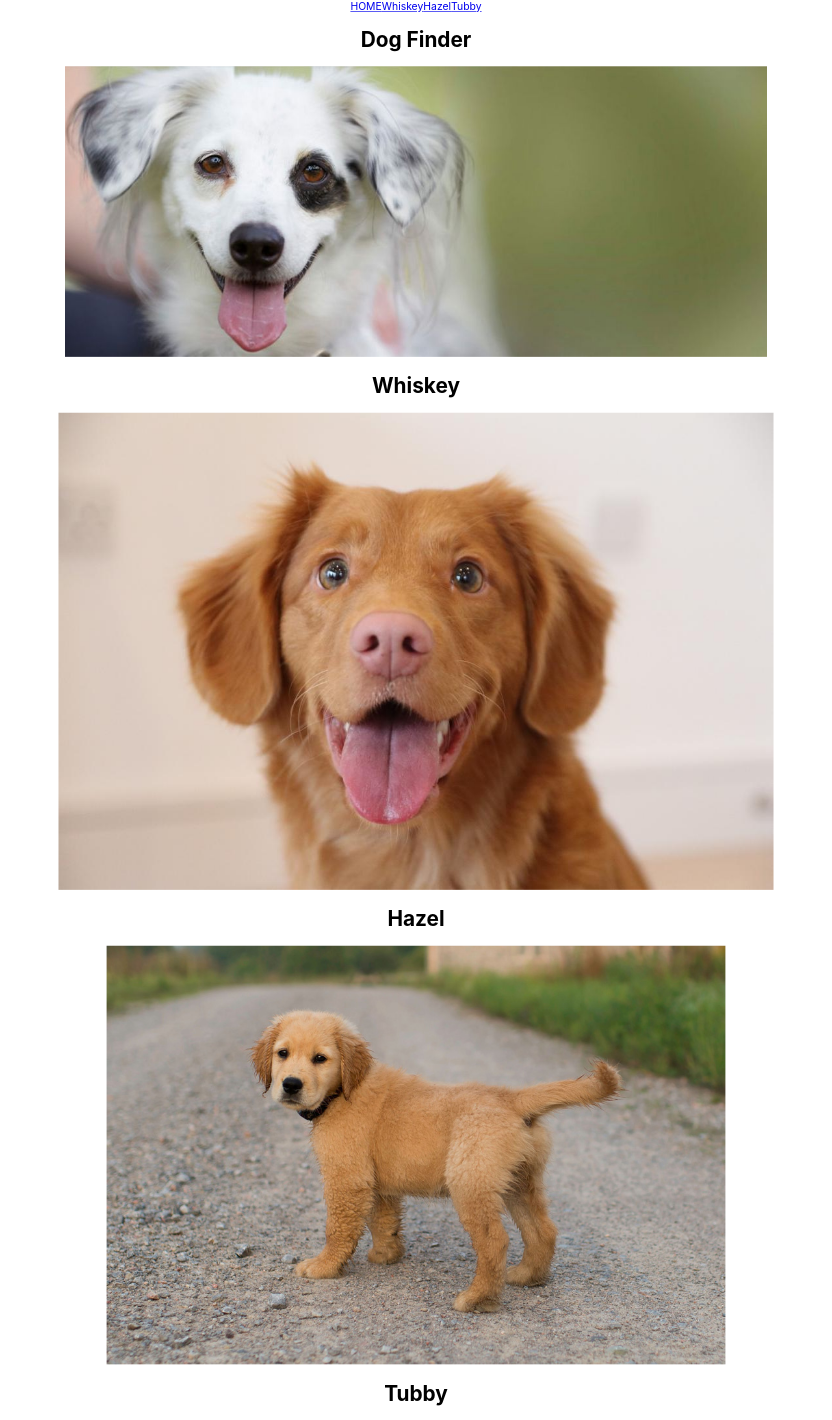
Repository: johnmutina/dog-finder
Page: /dogs
An editor plug-in stored every save of this project. The page is shown before and after a run of saves, followed by the edit.
The browser window is 1280 px wide. The pictures show the whole page, at 65% of full size.
The project was rebuilt for these pictures with package versions that can differ from the ones it lists, and the page was loaded fresh each time.

Above is the page before, as saved 2019-07-28 12:23:24.

### src/App.js
import React, { Component } from "react";
import { Switch, Route, NavLink } from "react-router-dom";
import DogFinder from "./DogFinder";
import Dog from "./Dog";
import "./App.css";

// Import all images in image folder
function importAll(r) {
  let images = {};
  r.keys().map((item, index) => {
    images[item.replace("./", "")] = r(item);
  });
  return images;
}

const images = importAll(
  require.context("./assets", false, /\.(gif|jpe?g|svg)$/)
);

class App extends Component {
  static defaultProps = {
    dogs: [
      {
        name: "Whiskey",
        age: 5,
        src: images["whiskey.jpg"],
        facts: [
          "Whiskey loves eating popcorn.",
          "Whiskey is a terrible guard dog.",
          "Whiskey wants to cuddle with you!"
        ]
      },
      {
        name: "Hazel",
        age: 3,
        src: images["hazel.jpg"],
        facts: [
          "Hazel has soooo much energy!",
          "Hazel is highly intelligent.",
          "Hazel loves people more than dogs."
        ]
      },
      {
        name: "Tubby",
        age: 4,
        src: images["tubby.jpg"],
        facts: [
          "Tubby is not the brightest dog",
          "Tubby does not like walks or exercise.",
          "Tubby loves eating food."
        ]
      }
    ]
  };

  render() {
    return (
      <div className="App">
        {/* NAVBAR */}
        <div className="App-navbar">
          <NavLink to="/dogs" activeClassName="App-active-navlink">
            HOME
          </NavLink>
          {this.props.dogs.map(dog => (
            <NavLink
              key={dog.name}
              to={`/dogs/${dog.name}`}
              activeClassName="App-active-navlink"
            >
              {dog.name}
            </NavLink>
          ))}
        </div>

        {/* ROUTES SETUP */}
        <h1>Dog Finder</h1>
        <Switch>
          <Route
            exact
            path="/dogs"
            render={routeProps => (
              <DogFinder dogs={this.props.dogs} {...routeProps} />
            )}
          />
          <Route
            exact
            path="/dogs/:name"
            render={routeProps => <Dog {...routeProps} />}
          />
          <Route component={DogFinder} />
        </Switch>
      </div>
    );
  }
}

export default App;

### src/DogFinder.js
import React, { Component } from "react";
import Dog from "./Dog";

class DogFinder extends Component {
  render() {
    return (
      <div>
        {console.log(this.props)}
        {this.props.dogs.map(dog => (
          <Dog key={dog.name} {...dog} />
        ))}
      </div>
    );
  }
}

export default DogFinder;

### src/Dog.js
import React, { Component } from "react";

class Dog extends Component {
  render() {
    return (
      //   <div>
      //     {console.log(this.props)}
      //     <img src={this.props.src} alt={`${this.props.name}`} />
      //     <h1>{this.props.name}</h1>
      //   </div>
      <div>
        {console.log(this.props)}
        <img src={this.props.src} alt={`${this.props.name}`} />
        <h1>{this.props.name}</h1>
      </div>
    );
  }
}

export default Dog;

Loaded but not shown: public/index.html (common file); src/index.js (common file); src/index.css (common file); src/serviceWorker.js (common file); src/App.css (common file)

After the next 4 saves:
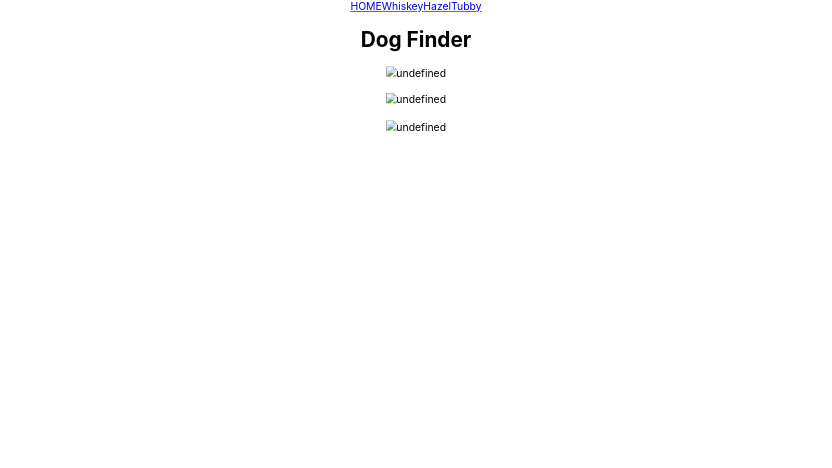
The 4 saves are shown as one change because 2 did not build or start and some came seconds apart.
The last was saved 88 s later.
--- a/src/DogFinder.js
+++ b/src/DogFinder.js
@@ -7,7 +7,7 @@
       <div>
         {console.log(this.props)}
         {this.props.dogs.map(dog => (
-          <Dog key={dog.name} {...dog} />
+          <Dog key={dog.name} {...dog.props} />
         ))}
       </div>
     );

After the save that followed:
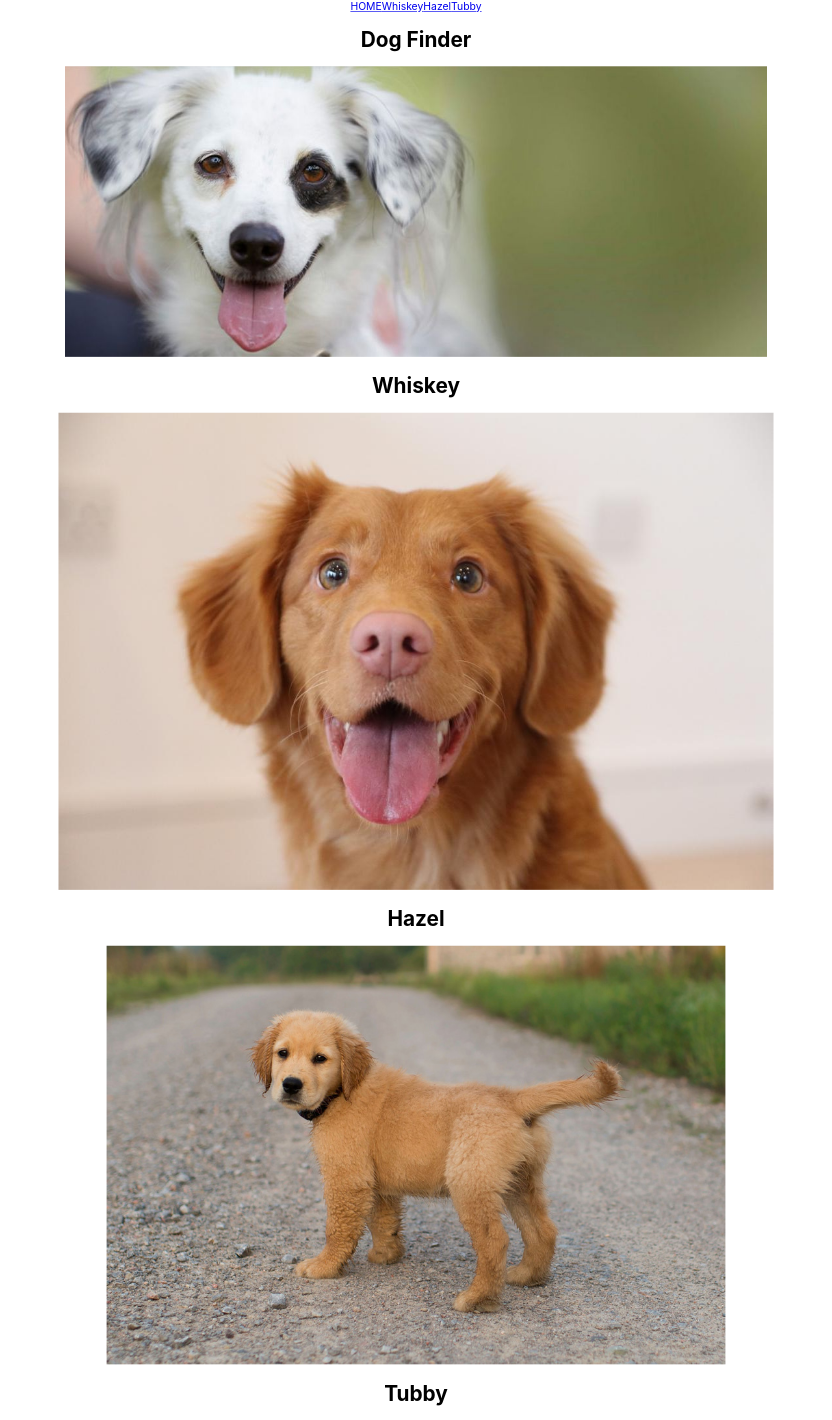
Saved 14 s later.
--- a/src/DogFinder.js
+++ b/src/DogFinder.js
@@ -7,7 +7,7 @@
       <div>
         {console.log(this.props)}
         {this.props.dogs.map(dog => (
-          <Dog key={dog.name} {...dog.props} />
+          <Dog key={dog.name} {...dog} />
         ))}
       </div>
     );
